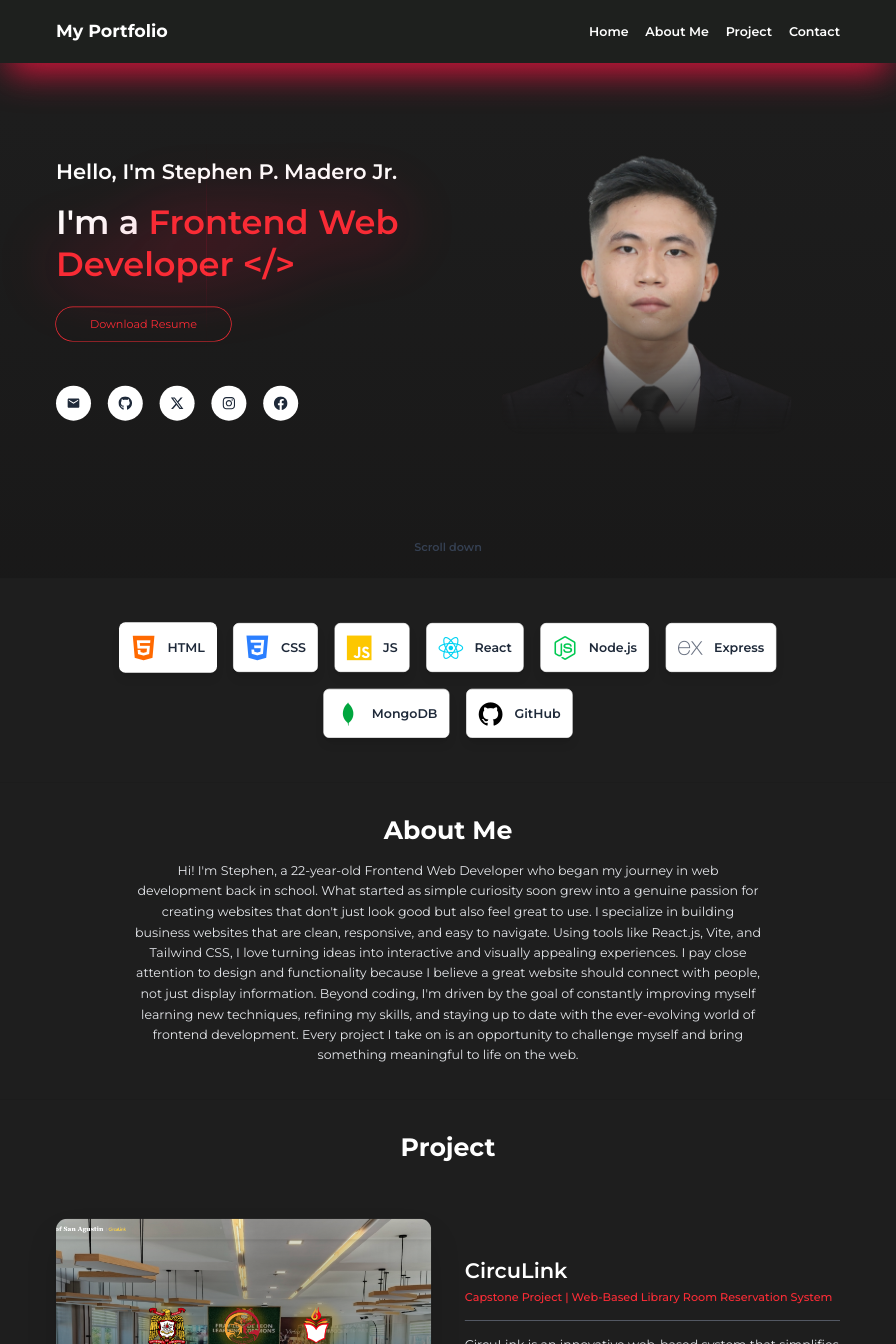
Repository: KaguyaKawaii/portfolio
Page: / (app in frontend/)
An editor plug-in stored every save of this project. The page is shown before and after a run of saves, followed by the edit.
The browser window is 1280 px wide. The pictures show the part of the page from y = 0 to 1920 px (the page is 2611 px tall), at 70% of full size.
Some web libraries are served in a nearby version. The project was rebuilt for these pictures with package versions that can differ from the ones it lists, and the page was loaded fresh each time. Also part of the build but not shown: frontend/vite.config.js. Imported but missing from the stored project, and not drawn on this page: frontend/src/assets/Portfolio - Stephen P. Madero Jr..pdf.

Above is the page before, as saved 2025-11-11 16:21:01.

After the next 2 saves:
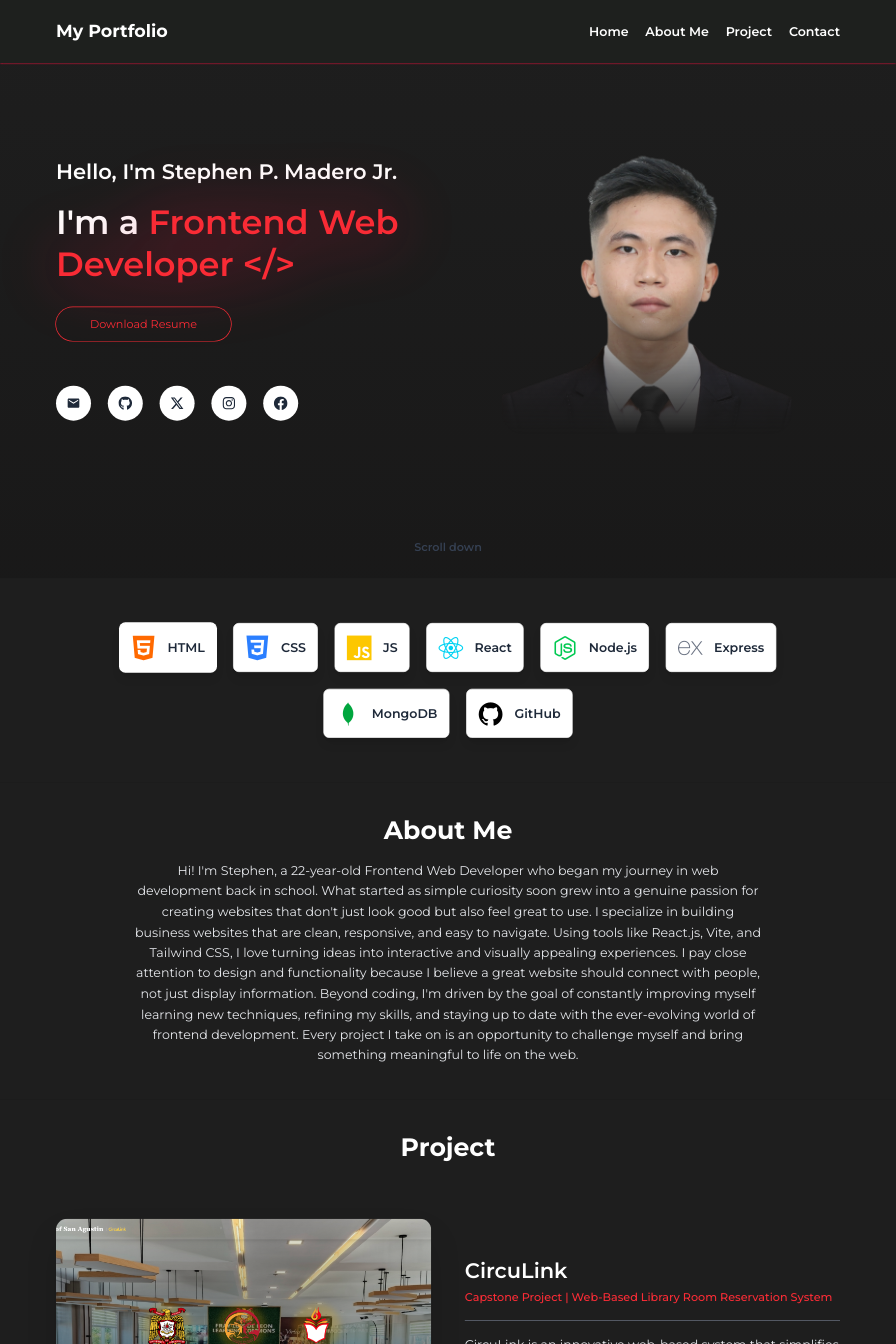
The 2 saves are shown as one change because they came seconds apart.
The last was saved 13 s later.
--- a/frontend/src/App.jsx
+++ b/frontend/src/App.jsx
@@ -14,7 +14,7 @@
 
   return (
     <>
-      <header className='bg-[#1E201E] h-[70px] md:h-[90px] w-full shadow-2xl shadow-[#dc143c] fixed top-0 z-50'>
+      <header className='bg-[#1E201E] h-[70px] md:h-[90px] w-full shadow-sm shadow-[#dc143c] fixed top-0 z-50'>
         <div className='flex justify-between items-center h-full text-white px-4 md:px-8 lg:px-20'>
           <h1 className='font-bold font-montserrat text-[20px] md:text-[25px]'>My Portfolio</h1>
 
